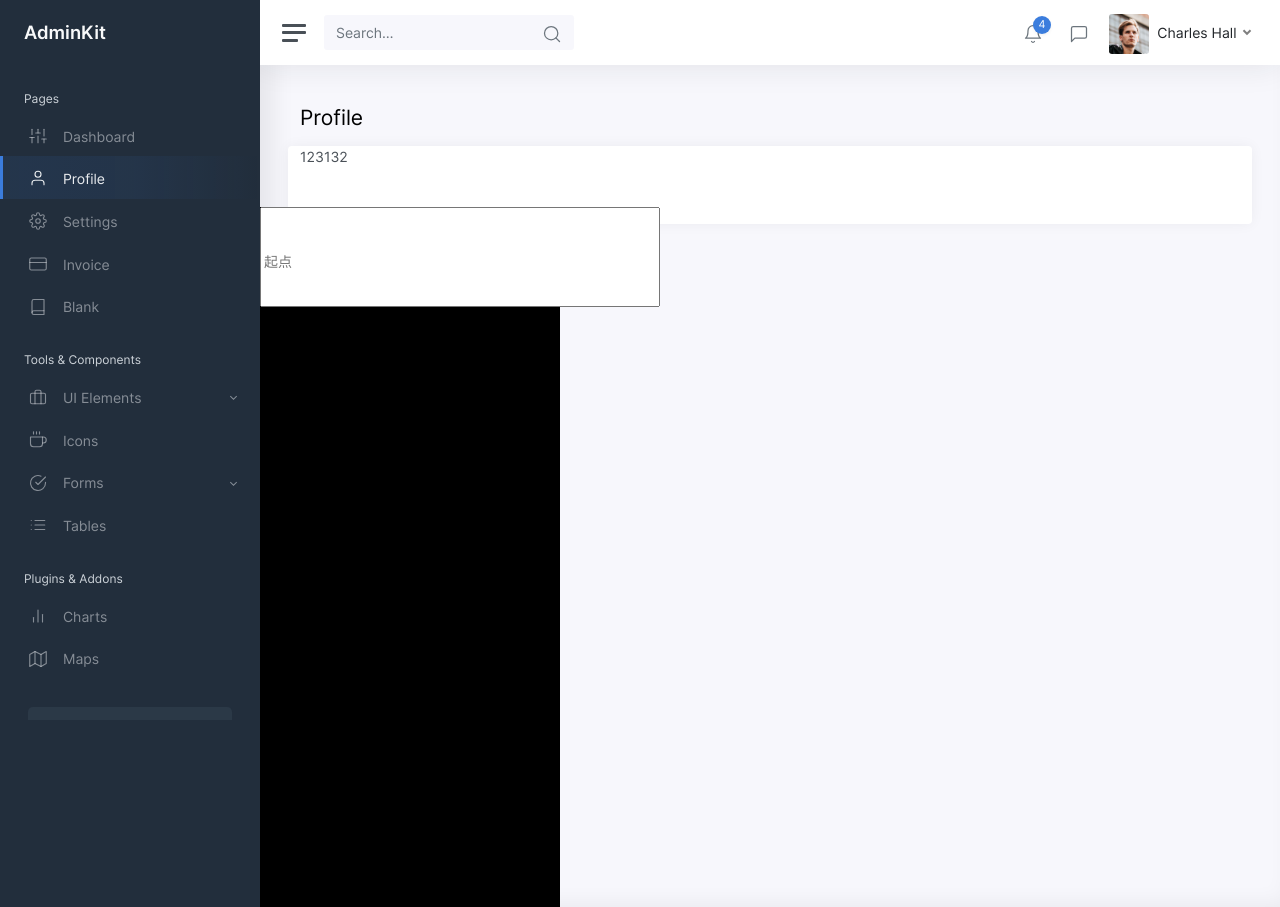
Repository: yuwei0922/WHURS-WGIS
Page: final_project/pages-profile.html
An editor plug-in stored every save of this project. The page is shown before and after the next save, followed by the edit.
The browser window is 1280 px wide. The pictures show the whole page.

Above is the page before, as saved 2022-12-21 20:34:44.
Not found: final_project/js/vendor.js

### final_project/pages-profile.html
<!DOCTYPE html>
<html lang="en">

<head>
	<meta charset="utf-8">
	<meta http-equiv="X-UA-Compatible" content="IE=edge">
	<meta name="viewport" content="width=device-width, initial-scale=1, shrink-to-fit=no">
	<meta name="description" content="Responsive Web UI Kit &amp; Dashboard Template based on Bootstrap">
	<meta name="author" content="AdminKit">
	<meta name="keywords" content="adminkit, bootstrap, web ui kit, dashboard template, admin template">
	<link rel="shortcut icon" href="img/icons/icon-48x48.png" />
	<title>Profile</title>
	<link href="css/app.css" rel="stylesheet">
	<link rel="stylesheet" href="css/content.css">
</head>

<body>
	<div class="wrapper">
		<nav id="sidebar" class="sidebar">
			<div class="sidebar-content js-simplebar">
				<a class="sidebar-brand" href="index.html">
          <span class="align-middle">AdminKit</span>
        </a>

				<ul class="sidebar-nav">
					<li class="sidebar-header">
						Pages
					</li>

					<li class="sidebar-item">
						<a class="sidebar-link" href="index.html">
              <i class="align-middle" data-feather="sliders"></i> <span class="align-middle">Dashboard</span>
            </a>
					</li>

					<li class="sidebar-item active">
						<a class="sidebar-link" href="pages-profile.html">
              <i class="align-middle" data-feather="user"></i> <span class="align-middle">Profile</span>
            </a>
					</li>

					<li class="sidebar-item">
						<a class="sidebar-link" href="pages-settings.html">
              <i class="align-middle" data-feather="settings"></i> <span class="align-middle">Settings</span>
            </a>
					</li>

					<li class="sidebar-item">
						<a class="sidebar-link" href="pages-invoice.html">
              <i class="align-middle" data-feather="credit-card"></i> <span class="align-middle">Invoice</span>
            </a>
					</li>

					<li class="sidebar-item">
						<a class="sidebar-link" href="pages-blank.html">
              <i class="align-middle" data-feather="book"></i> <span class="align-middle">Blank</span>
            </a>
					</li>

					<li class="sidebar-header">
						Tools & Components
					</li>
					<li class="sidebar-item">
						<a href="#ui" data-toggle="collapse" class="sidebar-link collapsed">
              <i class="align-middle" data-feather="briefcase"></i> <span class="align-middle">UI Elements</span>
            </a>
						<ul id="ui" class="sidebar-dropdown list-unstyled collapse " data-parent="#sidebar">
							<li class="sidebar-item"><a class="sidebar-link" href="ui-alerts.html">Alerts</a></li>
							<li class="sidebar-item"><a class="sidebar-link" href="ui-buttons.html">Buttons</a></li>
							<li class="sidebar-item"><a class="sidebar-link" href="ui-cards.html">Cards</a></li>
							<li class="sidebar-item"><a class="sidebar-link" href="ui-general.html">General</a></li>
							<li class="sidebar-item"><a class="sidebar-link" href="ui-grid.html">Grid</a></li>
							<li class="sidebar-item"><a class="sidebar-link" href="ui-modals.html">Modals</a></li>
							<li class="sidebar-item"><a class="sidebar-link" href="ui-typography.html">Typography</a></li>
						</ul>
					</li>

					<li class="sidebar-item">
						<a class="sidebar-link" href="icons-feather.html">
              <i class="align-middle" data-feather="coffee"></i> <span class="align-middle">Icons</span>
            </a>
					</li>

					<li class="sidebar-item">
						<a href="#forms" data-toggle="collapse" class="sidebar-link collapsed">
              <i class="align-middle" data-feather="check-circle"></i> <span class="align-middle">Forms</span>
            </a>
						<ul id="forms" class="sidebar-dropdown list-unstyled collapse " data-parent="#sidebar">
							<li class="sidebar-item"><a class="sidebar-link" href="forms-layouts.html">Form Layouts</a></li>
							<li class="sidebar-item"><a class="sidebar-link" href="forms-basic-inputs.html">Basic Inputs</a></li>
						</ul>
					</li>

					<li class="sidebar-item">
						<a class="sidebar-link" href="tables-bootstrap.html">
              <i class="align-middle" data-feather="list"></i> <span class="align-middle">Tables</span>
            </a>
					</li>

					<li class="sidebar-header">
						Plugins & Addons
					</li>

					<li class="sidebar-item">
						<a class="sidebar-link" href="charts-chartjs.html">
              <i class="align-middle" data-feather="bar-chart-2"></i> <span class="align-middle">Charts</span>
            </a>
					</li>

					<li class="sidebar-item">
						<a class="sidebar-link" href="maps-google.html">
              <i class="align-middle" data-feather="map"></i> <span class="align-middle">Maps</span>
            </a>
					</li>
				</ul>

				<div class="sidebar-cta">
					<div class="sidebar-cta-content">
						<strong class="d-inline-block mb-2">Upgrade to Pro</strong>
						<div class="mb-3 text-sm">
							Are you looking for more components?
						</div>
						<a href="#" target="_blank" class="btn btn-outline-primary btn-block">Upgrade</a>
					</div>
				</div>
			</div>
		</nav>

		<div class="main">
			<nav class="navbar navbar-expand navbar-light navbar-bg">
				<a class="sidebar-toggle d-flex">
          <i class="hamburger align-self-center"></i>
        </a>

				<form class="form-inline d-none d-sm-inline-block">
					<div class="input-group input-group-navbar">
						<input type="text" class="form-control" placeholder="Search…" aria-label="Search">
						<div class="input-group-append">
							<button class="btn" type="button">
                <i class="align-middle" data-feather="search"></i>
              </button>
						</div>
					</div>
				</form>

				<div class="navbar-collapse collapse">
					<ul class="navbar-nav navbar-align">
						<li class="nav-item dropdown">
							<a class="nav-icon dropdown-toggle" href="#" id="alertsDropdown" data-toggle="dropdown">
								<div class="position-relative">
									<i class="align-middle" data-feather="bell"></i>
									<span class="indicator">4</span>
								</div>
							</a>
							<div class="dropdown-menu dropdown-menu-lg dropdown-menu-right py-0" aria-labelledby="alertsDropdown">
								<div class="dropdown-menu-header">
									4 New Notifications
								</div>
								<div class="list-group">
									<a href="#" class="list-group-item">
										<div class="row no-gutters align-items-center">
											<div class="col-2">
												<i class="text-danger" data-feather="alert-circle"></i>
											</div>
											<div class="col-10">
												<div class="text-dark">Update completed</div>
												<div class="text-muted small mt-1">Restart server 12 to complete the update.</div>
												<div class="text-muted small mt-1">30m ago</div>
											</div>
										</div>
									</a>
									<a href="#" class="list-group-item">
										<div class="row no-gutters align-items-center">
											<div class="col-2">
												<i class="text-warning" data-feather="bell"></i>
											</div>
											<div class="col-10">
												<div class="text-dark">Lorem ipsum</div>
												<div class="text-muted small mt-1">Aliquam ex eros, imperdiet vulputate hendrerit et.</div>
												<div class="text-muted small mt-1">2h ago</div>
											</div>
										</div>
									</a>
									<a href="#" class="list-group-item">
										<div class="row no-gutters align-items-center">
											<div class="col-2">
												<i class="text-primary" data-feather="home"></i>
											</div>
											<div class="col-10">
												<div class="text-dark">Login from 192.186.1.8</div>
												<div class="text-muted small mt-1">5h ago</div>
											</div>
										</div>
									</a>
									<a href="#" class="list-group-item">
										<div class="row no-gutters align-items-center">
											<div class="col-2">
												<i class="text-success" data-feather="user-plus"></i>
											</div>
											<div class="col-10">
												<div class="text-dark">New connection</div>
												<div class="text-muted small mt-1">Christina accepted your request.</div>
												<div class="text-muted small mt-1">14h ago</div>
											</div>
										</div>
									</a>
								</div>
								<div class="dropdown-menu-footer">
									<a href="#" class="text-muted">Show all notifications</a>
								</div>
							</div>
						</li>
						<li class="nav-item dropdown">
							<a class="nav-icon dropdown-toggle" href="#" id="messagesDropdown" data-toggle="dropdown">
								<div class="position-relative">
									<i class="align-middle" data-feather="message-square"></i>
								</div>
							</a>
							<div class="dropdown-menu dropdown-menu-lg dropdown-menu-right py-0" aria-labelledby="messagesDropdown">
								<div class="dropdown-menu-header">
									<div class="position-relative">
										4 New Messages
									</div>
								</div>
								<div class="list-group">
									<a href="#" class="list-group-item">
										<div class="row no-gutters align-items-center">
											<div class="col-2">
												<img src="img/avatars/avatar-5.jpg" class="avatar img-fluid rounded-circle" alt="Vanessa Tucker">
											</div>
											<div class="col-10 pl-2">
												<div class="text-dark">Vanessa Tucker</div>
												<div class="text-muted small mt-1">Nam pretium turpis et arcu. Duis arcu tortor.</div>
												<div class="text-muted small mt-1">15m ago</div>
											</div>
										</div>
									</a>
									<a href="#" class="list-group-item">
										<div class="row no-gutters align-items-center">
											<div class="col-2">
												<img src="img/avatars/avatar-2.jpg" class="avatar img-fluid rounded-circle" alt="William Harris">
											</div>
											<div class="col-10 pl-2">
												<div class="text-dark">William Harris</div>
												<div class="text-muted small mt-1">Curabitur ligula sapien euismod vitae.</div>
												<div class="text-muted small mt-1">2h ago</div>
											</div>
										</div>
									</a>
									<a href="#" class="list-group-item">
										<div class="row no-gutters align-items-center">
											<div class="col-2">
												<img src="img/avatars/avatar-4.jpg" class="avatar img-fluid rounded-circle" alt="Christina Mason">
											</div>
											<div class="col-10 pl-2">
												<div class="text-dark">Christina Mason</div>
												<div class="text-muted small mt-1">Pellentesque auctor neque nec urna.</div>
												<div class="text-muted small mt-1">4h ago</div>
											</div>
										</div>
									</a>
									<a href="#" class="list-group-item">
										<div class="row no-gutters align-items-center">
											<div class="col-2">
												<img src="img/avatars/avatar-3.jpg" class="avatar img-fluid rounded-circle" alt="Sharon Lessman">
											</div>
											<div class="col-10 pl-2">
												<div class="text-dark">Sharon Lessman</div>
												<div class="text-muted small mt-1">Aenean tellus metus, bibendum sed, posuere ac, mattis non.</div>
												<div class="text-muted small mt-1">5h ago</div>
											</div>
										</div>
									</a>
								</div>
								<div class="dropdown-menu-footer">
									<a href="#" class="text-muted">Show all messages</a>
								</div>
							</div>
						</li>
						<li class="nav-item dropdown">
							<a class="nav-icon dropdown-toggle d-inline-block d-sm-none" href="#" data-toggle="dropdown">
                <i class="align-middle" data-feather="settings"></i>
              </a>

							<a class="nav-link dropdown-toggle d-none d-sm-inline-block" href="#" data-toggle="dropdown">
                <img src="img/avatars/avatar.jpg" class="avatar img-fluid rounded mr-1" alt="Charles Hall" /> <span class="text-dark">Charles Hall</span>
              </a>
							<div class="dropdown-menu dropdown-menu-right">
								<a class="dropdown-item" href="pages-profile.html"><i class="align-middle mr-1" data-feather="user"></i> Profile</a>
								<a class="dropdown-item" href="#"><i class="align-middle mr-1" data-feather="pie-chart"></i> Analytics</a>
								<div class="dropdown-divider"></div>
								<a class="dropdown-item" href="pages-settings.html"><i class="align-middle mr-1" data-feather="settings"></i> Settings & Privacy</a>
								<a class="dropdown-item" href="#"><i class="align-middle mr-1" data-feather="help-circle"></i> Help Center</a>
								<div class="dropdown-divider"></div>
								<a class="dropdown-item" href="#">Log out</a>
							</div>
						</li>
					</ul>
				</div>
			</nav>

			<main class="content">
				<div class="container-fluid p-0 map-background">
					<h1 class="h3 mb-3">Profile</h1>
					<div class="row map-background">
						<div class="card col-12 mapcontent">123132</div>
					</div>
				</div>
			</main>
			<div class="select-contronller">
				<input type="text" placeholder="起点" name="ori" class="input-ori">
				123131
			</div>
	</div>
	<script src="js/vendor.js"></script>
	<script src="js/app.js"></script>

</body>

</html>

### final_project/css/content.css
.map-background{
    height:100%;
    position: relative;
}

.mapcontent{
    height: 90%;
}

.select-contronller{
    display: inline-block;
    height: 700px;
    background-color: black;
    width: 300px;
    z-index: 999;
}

.input-ori{
    position: absolute;
    margin:auto;
    padding-top: 10px;
    height: 100px;
    width: 400px;
}

Loaded but not shown: final_project/css/app.css (library); final_project/js/app.js (library)

After the next save:
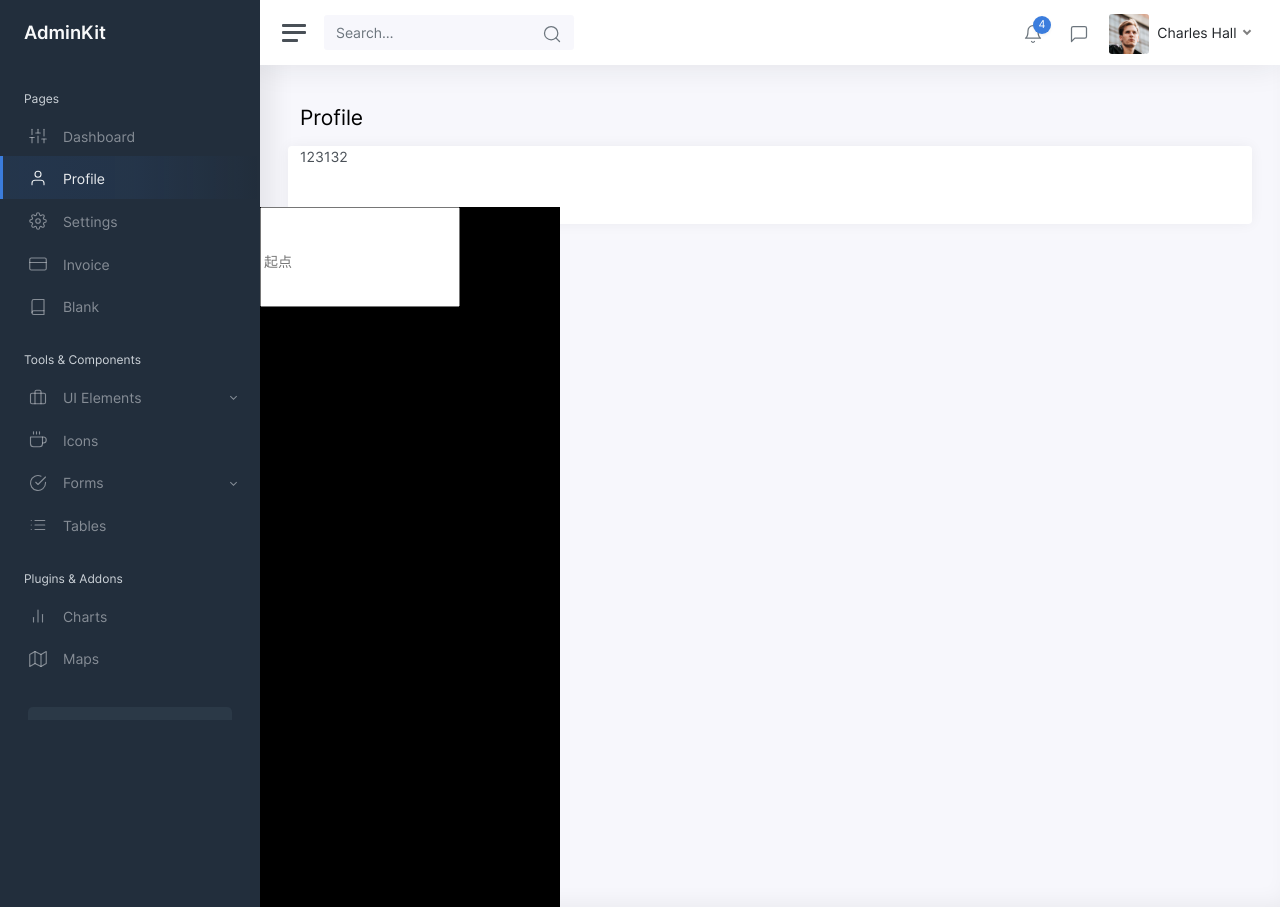
Saved 10 s later.
--- a/final_project/css/content.css
+++ b/final_project/css/content.css
@@ -20,5 +20,5 @@
     margin:auto;
     padding-top: 10px;
     height: 100px;
-    width: 400px;
+    width: 200px;
 }
